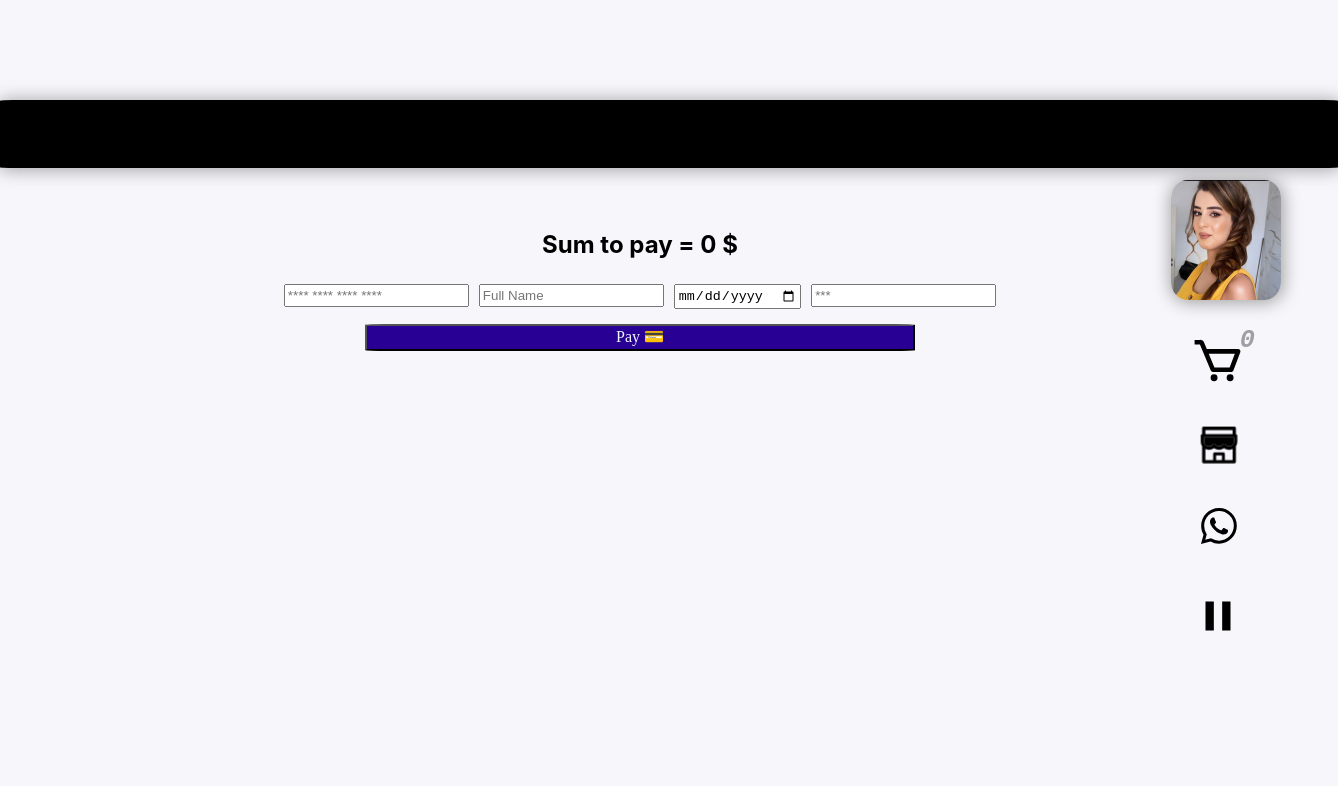
Repository: rehamAbass/BeautyCareShop
Page: /, after clicking the first element matching `svg.cartIcon`
An editor plug-in stored every save of this project. The page is shown before and after the next save, followed by the edit.
The browser window is 1280 px wide. The page is 1338 px wide, so the pictures cover 1338 px, including what lies to the right of the window. The pictures show the whole page.
The page's requests for data from a server got no answer. Some web fonts or font styles are not loaded; a fallback is used. The project was rebuilt for these pictures with package versions that can differ from the ones it lists, and the page was loaded fresh each time. No one was signed in, and anything a server would have sent is missing. Also part of the build but not shown: src/components/allProducts/card-list.css, src/components/allProducts/prod/card.css, src/components/allProducts/prod/card.component.jsx, src/components/search-box/search-box.css, src/components/myCart/cartProduct/cartProduct.css, src/components/myCart/cartProduct/cartProduct.jsx. Imported but missing from the stored project, and not drawn on this page: src/components/header/music/ed.mp3.

Above is the page before, as saved 2022-06-08 17:18:26.

### public/index.html
<!DOCTYPE html>
<html lang="en">
  </style>
  <head>
    <meta charset="utf-8" />
    <link rel="icon" href="" />
    <meta name="viewport" content="width=device-width, initial-scale=1" />
    <meta name="theme-color" content="#000000" />
    <meta
      name="description"
      content="Web site created using create-react-app"
    />
    <link rel="apple-touch-icon" href="" />
    <link rel="manifest" href="%PUBLIC_URL%/manifest.json" />
    <link rel="preconnect" href="https://fonts.googleapis.com">
    <link rel="preconnect" href="https://fonts.gstatic.com" crossorigin>
    <link href="https://fonts.googleapis.com/css2?family=Bigelow+Rules&display=swap" rel="stylesheet">
    <link rel="preconnect" href="https://fonts.googleapis.com">
    <link rel="preconnect" href="https://fonts.gstatic.com" crossorigin>
    <link href="https://fonts.googleapis.com/css2?family=Bigelow+Rules&family=Dancing+Script&display=swap"
      rel="stylesheet">
    <title color:'purble'>BeautyShop💄</title>
  </head>
  <body>

    <div id="root"></div>
  </body>
</html>

<!--
  <video id="video1" loop="" muted="" src="https://prod-streaming-video-msn-com.akamaized.net/aa5cb260-7dae-44d3-acad-3c7053983ffe/1b790558-39a2-4d2a-bcd7-61f075e87fdd.mp4"></video>

 -->

### src/App.js

// import React from 'react'
import CardList from './components/allProducts/card-list.component';
import SearchBox from './components/search-box/search-box.component';
import './App.css'
import axios from "axios";
import React, { Component } from "react";
import Header from './components/header/header.component.jsx'
import { useState, useEffect } from 'react';
import Cart from './components/myCart/myCart.jsx'

const App = () => {
  const [products, setProducts] = useState([]);
  const [cartProducts, setCartProducts] = useState([]);
  const [filteredProducts, setFilteredProducts] = useState(products);
  const [searchString, setSearchString] = useState('');
  const [showCart, setShowCart] = useState(false);
    const [cartCounter, setCartCounter] = useState(0);
      const [Sum, setSum] = useState(0);
      const [imgs, setImgs] = useState([])

  //==========================================================================
  const   getDataFromDB= async ()=> {
    const response = await axios.get("http://localhost:8000/products/");
    setCartProducts(response);
  }
  //===========================================================
  const deleteProd = async (id) => {
    let response = await axios.delete(
      `http://localhost:8000/product/${id}`
    );
  }
  //=============================================================
  const saveProd = async (p) => {
    const response = await axios.post(
      "http://localhost:8000/product",p
    );
  }

   const  updateProd = async (p) => {
    const response = await axios.put(
      "http://localhost:8000/product",p
    );
  }
  //============================================================================
  useEffect(() => {
    fetch('http://makeup-api.herokuapp.com/api/v1/products.json?brand=maybelline')
      .then((res) => res.json())
      .then((users) => {
          users = users.map(user => (
         {id:user.id,
         name:user.name,
         brand:user.brand,
         price:user.price,
        image_link:user.image_link,
         product_link:user.product_link,
         description:user.description,
        rating:user.rating,
         product_type:user.product_type,
          product_api_url:user.product_api_url,
          product_colors:user.product_colors,
        amount:0
         }))


         getDataFromDB();
        setFilteredProducts(users);
        setProducts(users);
        setImgs(users.map((u)=>(u.image_link)));
      })
  }, []); // it runs only one time - no need to call it in each render because [] is empty !!
  //=========================================================================================
  useEffect(() => {
    let filteredgroup = products.filter((p) => p.name.toLowerCase().includes(searchString));
    setFilteredProducts(filteredgroup);
  }, [products, searchString])

  //========================================================================================
  const onSearchChanged = (event) => {
    let input = event.target.value.toLowerCase();
    setSearchString(input);
  }
  //=========================================================================================
  const addProduct=(product)=>{
        let updatePro = cartProducts.filter(p=> p.id === product.id);
     if(updatePro.length>0){
       // it means that YES the product exists before in Cart! just increase the amount of it:
       updatePro = updatePro[0];
       updatePro.amount +=1;
        let newarray = cartProducts.map(p=>( p.id === product.id ? updatePro:p )) ;
        setCartProducts(newarray);
     }else{
        let newProductToAdd = {...product, amount:1};
         setCartProducts([...cartProducts,newProductToAdd ]);
         saveProd(product);
         updateProd();
     }

      }
  //=================================================================================
  //    ,
  const deleteProduct = (product) => {
    let newArr = cartProducts.filter(p => p.id !== product.id);
    setCartProducts(newArr);
    deleteProd(product.id);
  }
 //===================================================================================
   const decreaseProduct=(product)=>{

     if(product.amount >1){
       let update = product;
       update.amount -=1;
        let newarray = cartProducts.map(p=>(p.id === product.id ? update:p )) ;
     setCartProducts(newarray);
     }else{ // amount was  === 1
        let newArr = cartProducts.filter(p=> p.id !== product.id);
         setCartProducts(newArr);
     }
      }
 //===================================================================================
useEffect(()=>{
  console.log("useEffect, cartProduct changes, so counter changes");
  let all =0;
  let summ=0;
  for(let p of cartProducts){
     all = all+p.amount;
    summ = summ+ (p.amount * p.price);
}
    setSum(summ);
    setCartCounter(all);
},[cartProducts]);

//====================================================================================
  useEffect(()=>{
    console.log("open Cart = ",showCart);
  },[showCart])
 //=========================================================================================
const HandleCart =(val)=>{
  setShowCart(val);
}
 const handleSumCount = ()=>{
  setSum(0);
  setCartProducts([]);
  setCartCounter(0);

 }
 //=========================================================================================
  return (
    <div className="App">
      <header className="App-header">
        <Header counter ={cartCounter}
        imgs={imgs}
        handleCart = {HandleCart}/>
        {showCart === false &&
          <div>
           <SearchBox
          className='search-box2'
          searchHandler={onSearchChanged}
          group={filteredProducts}
        />
            <CardList
              group={filteredProducts}
               addProduct={addProduct} />
        </div>

        }
          {(showCart === true) &&
            <Cart sum ={Sum} group={cartProducts}
           addProduct={addProduct}
            deleteProduct={deleteProduct}
            decreaseProduct={decreaseProduct}
              handleSumCount={handleSumCount}
            />
          }
      </header>
    </div>
  )
}

export default App;

### src/components/allProducts/card-list.component.jsx

import './card-list.css'
import Card from './prod/card.component'
import React from 'react'

const CardList = ({ group ,addProduct}) => {
    return (
        <div className='card-list'>
            {group.map((p,i) =>
                (
                    <Card
                    key={i}
                    product={p}
                     addProduct={addProduct}/>
                )
            )
            }
        </div >

    )
}

export default CardList;

### src/components/search-box/search-box.component.jsx

import React from 'react'
import './search-box.css'


const SearchBox = ({ className, placeholder, searchHandler, group }) => {

    return (
        <div className='search-box'>
            <input
                className={className}
                type='search'
                placeholder='Search Products'
                onChange={searchHandler}
                style={{
                     fontStyle:'unset', fontStretch: 'extra-expanded'
                , fontSize:'large', borderRadius:'15%'}}
            />
            {group.length === 0 ?
                <div className='alert2'> NO Products with this prefix </div> : ''}
        </div>
    )
}


export default SearchBox;

### src/App.css
body {
  margin: 0;
  padding: 0;
  font-family: -apple-system, BlinkMacSystemFont, 'Segoe UI', 'Roboto', 'Oxygen',
    'Ubuntu', 'Cantarell', 'Fira Sans', 'Droid Sans', 'Helvetica Neue',
    sans-serif;
    background-color:rgba(192, 190, 228, 0.135);
  -webkit-font-smoothing: antialiased;
  -moz-osx-font-smoothing: grayscale;
  text-align: center;
}



















/* -------------------------------------------------------------------------------------- */

/* .App {
  text-align: center;
}

.App-logo {
  height: 40vmin;
  pointer-events: none;
}

@media (prefers-reduced-motion: no-preference) {
  .App-logo {
    animation: App-logo-spin infinite 20s linear;
  }
}

.App-header {
  background-color: #2d5cba;
  min-height: 100vh;
  display: flex;
  flex-direction: column;
  align-items: center;
  justify-content: center;
  font-size: calc(10px + 2vmin);
  color: white;
}

.App-link {
  color: #61dafb;
}

@keyframes App-logo-spin {
  from {
    transform: rotate(0deg);
  }
  to {
    transform: rotate(360deg);
  }
}

*/

### src/components/header/header.component.jsx
import React from 'react'
import './header.css'
import Music from './music/music.component';
import fatme from './fatme.jpeg'
import CartIcon from './cartIcon/cartIcon.component';
import {BsWhatsapp} from 'react-icons/bs'
import {AiTwotoneShop} from 'react-icons/ai'

const Header = ({counter,imgs, handleCart}) => {
    return (
        <div className='headClass'>
        <div className='imgs'>
            {imgs.map((link, i) => (
                    (i>=19 && i <29)&&<img
                    style={{transform:'scale(1)' ,  margin:'0px'}}
                    key={i}
                    src={link} alt='prod' />

            ))}
        </div>

            <img className='myImg' src={fatme} alt='me'
            />
               <CartIcon
            counter={counter}
             handleCart={handleCart}
            />
            <AiTwotoneShop
            className='goHome'
                onClick={() => {
                     handleCart(false)}}
            />
            <h4 className='title' >
                <marquee direction='left' loop='2' >Fatima Beauty Care Shop</marquee>
            </h4>


            <Music />


            <a  className='whatsApp'  aria-label="whats"
                target="_blank" rel="noopener"
                href="https://api.whatsapp.com/send?phone=972543656019&text=hello%20Fatima%20from%20your%20BeautyCareShop%20Website%20💄"
              >
              <BsWhatsapp/>
            </a>
        </div>
    )
}

export default Header;

### src/components/myCart/myCart.jsx
import './myCart.css'
import React from 'react'
import Card from './cartProduct/cartProduct.jsx'
import { useState } from 'react'

import Pay from './Payment/Pay'


const Cart = ({ sum, group, addProduct, deleteProduct, decreaseProduct  , handleSumCount}) => {

        const [paid, setPaid] = useState(false);
        const handlePaid = (val) => {
                setPaid(val);
            }
            //--------------------------------------
    return (
        <div className='allComp' >
              <h2 className='sum'> Sum to pay =  { sum } $ </h2>



                 {(paid === false)&&
                 <Pay/>}
                  {(paid === false)&&
            <button className='payy'
                onClick={() => {
                    handlePaid(true);
                     handleSumCount(true);
                      }}>
                 Pay 💳
                 </button>}
           {(paid == true)&&
            <h2
            style={{ fontSize: 'x-large' }}>
                THANK YOU MAN, PAID SUSSESSFULLY💳👍🏼👍🏼
            </h2>}


           {(paid === false) &&
            <div className='myCart' > {
                group.map((p, index) => (<
                                Card key = { index }
                                product = { p }
                                addProduct = { addProduct }
                                deleteProduct = { deleteProduct }
                                decreaseProduct = { decreaseProduct }
                                />)
                            )
            }
            </div>}
            </div>
                    )
                }


                export default Cart;

### src/components/header/header.css
.title {
    width: 110%;
    position: relative;
    font-size: 46px;
    font-weight: bolder;
    font-family: 'Dancing Script';
 color:rgb(251, 251, 251);
    font-stretch: extra-expanded;
    /* text-shadow: 11px 1px 11px rgb(255, 0, 123); */
    background-color: rgb(0, 0, 0);
     box-shadow: 1px 1px 17px 1px rgba(135, 134, 135, 0.74);
     margin-top: 40px;
     border-radius:1%;
}
.imgs{
    width: 110%;
    position: relative;
    height:60px;
     margin: 0px;
}
.goHome{
    color:rgb(0, 0, 0);
     position:fixed;
    margin-left: 47%;
    margin-top:376px;
     transform: scale(2.6);
}
.goHome:hover{
    color:rgb(160, 160, 164);
    transform:scale(3);
}
.whatsApp{
    color:rgb(0, 0, 0);
     position:fixed;
    margin-left: 47%;
    margin-top:290px;
     transform: scale(2);
}
.whatsApp:hover{
  color:rgb(160, 160, 164);

   }
.myImg{
    position:fixed;
    margin-left: 44%;
    margin-top:120px;
    width: 110px;
  height: 120px;
    box-shadow: 1px 1px 17px 1px rgb(155, 153, 153);
    border-radius:15%;
}

.headClass {
    border-radius: 12%;
    width: 95%;
    height: 30px;
    font-size: large;
    /* font-weight: 700; */
    font-style: italic;

}

### src/components/header/music/music.component.jsx
import './music.css'
import { useState, useEffect } from 'react'
import { MdPlayArrow, MdPause } from 'react-icons/md'
import  React  from 'react'
import ed from "./ed.mp3";

const aud = new Audio(ed);
aud.play();

const Music = () => {
    const [flagPlaying, setIsActive] = useState(true);
    const handleClick = (value) => {
        setIsActive(value);
        if (value === true) {
            aud.loop = true;
            aud.play();
        } else {
            aud.pause();
            aud.loop = false;
        }
    }

    return (<div className='myAudio'>
        {(flagPlaying === false) &&
            <MdPlayArrow
                className='btnAudio'
                onClick={() => {
                    if (flagPlaying === false) {
                        handleClick(true);
                    }
                }}
            />
        }
        {(flagPlaying === true) &&
            <MdPause
                className='btnAudio'
                style={{color:'black'}}
                onClick={() => {
                    if (flagPlaying === true) {
                        handleClick(false);
                    }
                }}
            />
        }
    </div>
    )
}


export default Music;

### src/components/header/cartIcon/cartIcon.component.jsx
import React from 'react'
import './cart.css'
import { BiCart } from "react-icons/bi";


const CartIcon = ({ counter,handleCart}) => {

    return (
        <div className='cart-container'>
            <span className='counter'>{counter}</span>
            <BiCart
                    className='cartIcon'
                    onClick={() => {
                      handleCart(true);
                     }}
                />
        </div>
    )
}
export default CartIcon;

### src/components/myCart/myCart.css
.myCart{
    width:900px;
    max-width: 900px;
    margin-left:3%;
    display: grid;
    grid-template-Columns:  1fr 1fr 1fr ;
    grid-gap: 0.4%;
    margin-top: 4%;
    margin-bottom:30%;
}

.alert1 {
    margin-top: 200px;
    text-align: center;
    /* padding: 40px; */
    /* color: rgb(55, 100, 212); */
    color:black;
    font-size: 50px;
    font-stretch: extra-expanded;
    font-family: 'Dancing Script';
    font-weight: bolder;
    text-shadow: 1px 1px  1px rgb(0, 0, 0);
    transform: scale(1.22);
    /* margin-top: '36%'; */
    margin-left:110%;
}
.sum{
    margin-top: 200px;
}
.alertPay {
     margin-left:-42%;
  /* margin-top: 400px; */
    text-align: center;
    color: rgb(13, 37, 100);
    font-size: 350x;
    /* font-stretch: extra-expanded; */
    /* font-family: 'Dancing Script'; */
    font-weight: bolder;
    text-shadow: 1px 1px  1px rgb(0, 0, 0);

}
.payy{
    cursor:pointer;
    border: 5  rgb(0, 0, 0);
    width :550px;
    height:27px;
    margin-top:10px;
      color:aliceblue;
      padding: 3px;
      padding-top: 0px;
    background-color:rgb(40, 0, 148);
   font-family:serif;
    font-size:medium;
    font-weight:400;
    border-radius:4%;
}

.paybtn:hover{
    color:rgb(3, 3, 216);
    background-color:rgb(252, 252, 252);
    box-shadow: 1px 1px 2px 1px  rgb(0, 52, 197);
}

### src/components/myCart/Payment/Pay.jsx


import React from 'react'
import './Pay.css'

import {useState} from 'react';
const Pay =()=>{
    const [onChangee , setOnChangee] = useState({});
    const onChangeHandler =(obj)=>{
        setOnChangee(obj);
        }
 //-------------------------------
return (
    <div>
    <form id="cc-form">
    <input type="password" className='inputt'
    name="number" placeholder='**** **** **** ****'/>
    <input type="text" name="name"
    className='inputt' placeholder='Full Name'/>
    <input type="date" className='inputt'
    name="expiry" placeholder='**/****'/>
    <input type="password" className='inputt'
    name="cvc" placeholder='***'/>
</form>
    </div>
)

}



export default Pay;

### src/components/header/music/music.css
.myAudio {}

.btnAudio {
    width:  50px;
    height: 50px;
    position:fixed;
    margin-left: 45.7%;
    margin-top: 362px;
    color:rgb(0, 0, 0);
    border-radius: 90%;
}

.btnAudio:hover {
   color : rgb(160, 160, 164);
    transform: scale(1.125);
    box-shadow: 1px 1px 10px 1px  rgb(160, 162, 169);
}

### src/components/header/cartIcon/cart.css
.cartIcon{
     position:fixed;
    width:55px;
    height:55px;
    color:rgb(0, 0, 0);
    margin-top:1%;
    /* transform: translateZ(-1);
    transition: transform 0.25s ease-out; */
}
.cartIcon:hover{
    transform:scale(1.12);
    color:rgb(160, 160, 164);
}
.cart-container{
    position:fixed;
    margin-left: 93%;
    margin-top: 260px;
}
.cart-container:hover{
    color:rgb(0, 0, 0);
 /* transform: scale(1); */
 cursor: pointer;
}
.counter{
    font-size:large;
    font-family:'Courier New', Courier, monospace;

    color:rgb(160, 160, 164);
    font-weight:bolder;
    text-align: right;
      transform: scale(1.4);
    text-shadow: 2px 2px 12px 12px rgb(0, 0, 0);
    position: fixed;
    margin-left: 4%;
    margin-top:0.8%;
}

### src/components/myCart/Payment/Pay.css
.inputt{
    margin:5px ;
    padding:2px;
    cursor:pointer;
}

#cc-form{

}

Loaded but not shown: src/index.js (common file); src/index.css (common file)

After the next save:
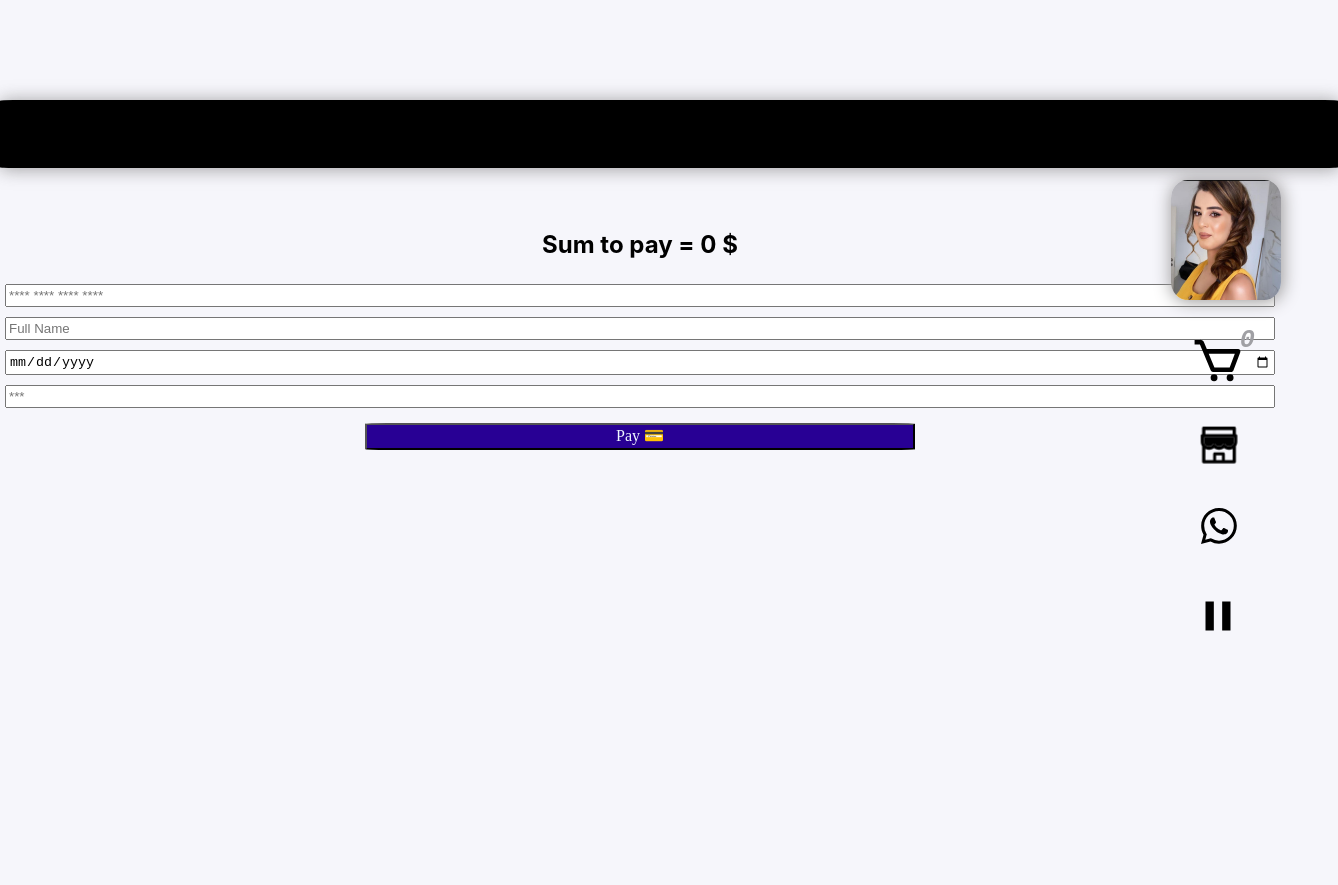
Saved 21 s later.
--- a/src/components/myCart/Payment/Pay.css
+++ b/src/components/myCart/Payment/Pay.css
@@ -5,5 +5,6 @@
 }
 
 #cc-form{
-
+     display: grid;
+    grid-template-columns: 1fr;
 }
